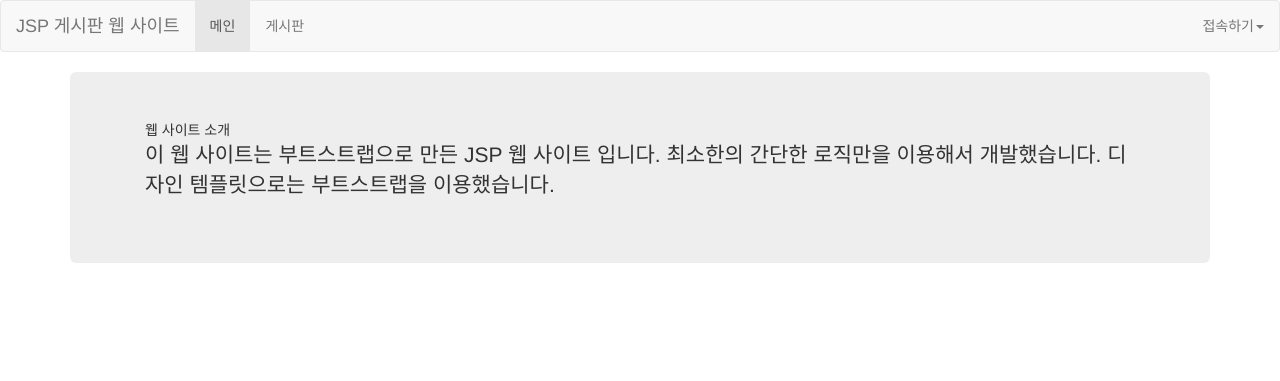
Repository: ksh125/JSP-Notice_Board
Page: http://localhost/BBS/main.jsp
An editor plug-in stored every save of this project. The page is shown before and after the next save, followed by the edit.
The browser window is 1280 px wide. The pictures show the whole page.
Some web libraries are served in a nearby version. The page is served by Tomcat 9.

Above is the page before, as saved 2022-10-29 16:45:58.

After the next save:
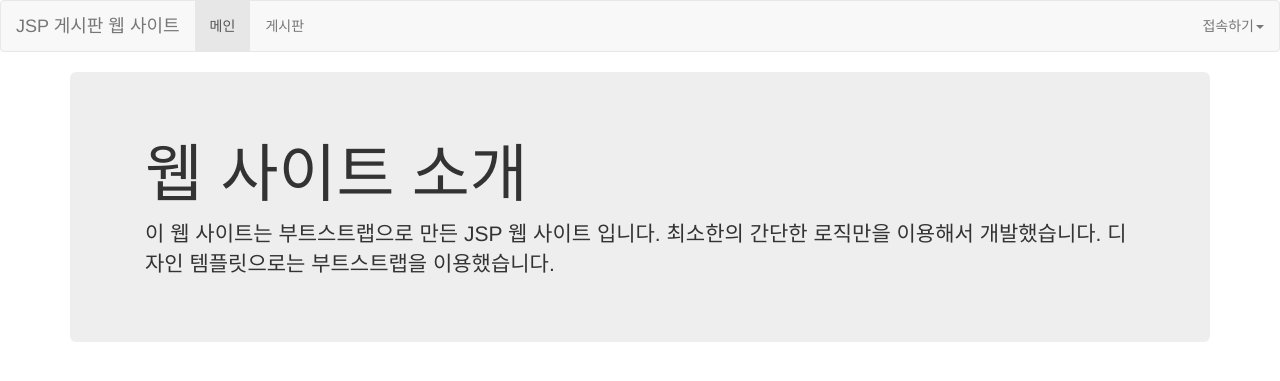
Saved 76 s later.
--- a/BBS/src/main/webapp/main.jsp
+++ b/BBS/src/main/webapp/main.jsp
@@ -69,8 +69,9 @@
     <div class = "container">
     	<div class = "jumbotron">
     		<div class = container>
-    			<hi>웹 사이트 소개</hi>
+    			<h1>웹 사이트 소개</h1>
     			<p>이 웹 사이트는 부트스트랩으로 만든 JSP 웹 사이트 입니다. 최소한의 간단한 로직만을 이용해서 개발했습니다. 디자인 템플릿으로는 부트스트랩을 이용했습니다.</p>
+
     		</div>
     	</div>
     </div>
